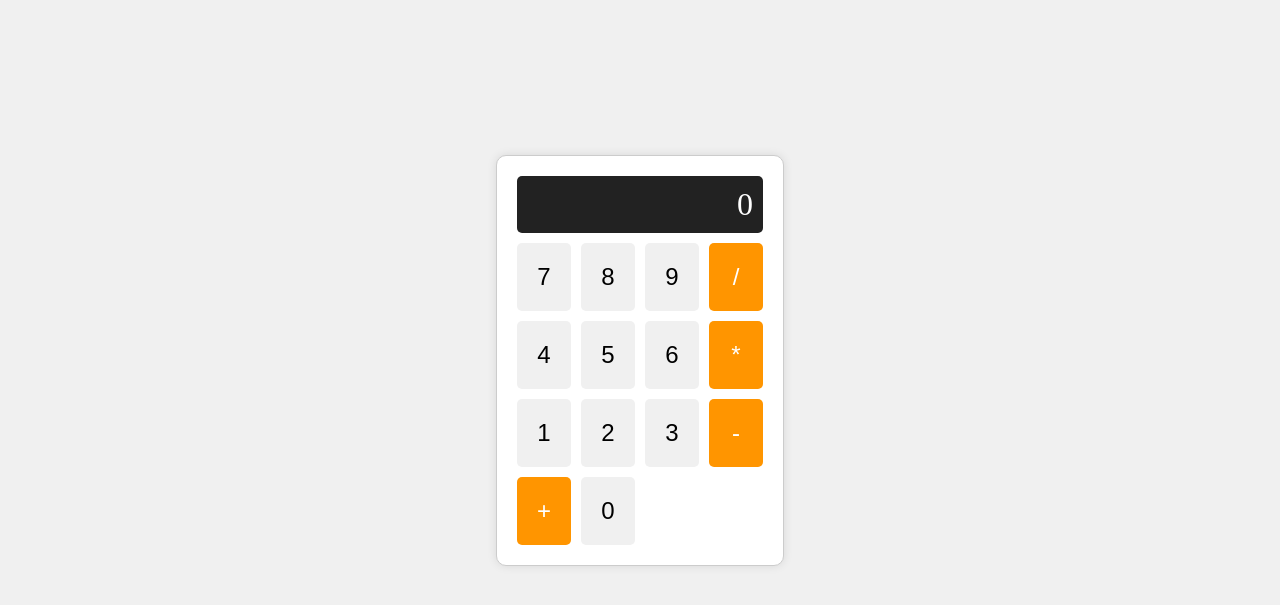
Repository: alizey12/calculator
Page: index.html
These files come from the project's save history. The page is drawn as it stood at one moment and after a run of saves; the edit follows.
The browser window is 1280 px wide. The pictures show the whole page.

Above is the page before, as saved 2024-11-23 18:35:47.

### index.html
<!DOCTYPE html>
<html lang="en">
<head>
    <meta charset="UTF-8">
    <meta name="viewport" content="width=device-width, initial-scale=1.0">
    <title>Document</title>
    <link rel="stylesheet" href="styles.css">
</head>
<body>


        <div class="calculator">
            <div class="display" id="display">0</div>
            <div class="buttons">

                <!--

                <button class="btn" id="clear">C</button>
                <button class="btn operator" id="equals">=</button>

                <button class="btn">.</button> -->
                <button class="btn">7</button>
                <button class="btn">8</button>
                <button class="btn">9</button>
                <button class="btn operator">/</button>
                <button class="btn">4</button>
                <button class="btn">5</button>
                <button class="btn">6</button>
                <button class="btn operator">*</button>
                <button class="btn">1</button>
                <button class="btn">2</button>
                <button class="btn">3</button>
                <button class="btn operator">-</button>
                <button class="btn operator">+</button>
                <button class="btn">0</button>



            </div>
        </div>


    <script src="script.js"></script>
</body>
</html>

### styles.css
body {
    display: flex;
    justify-content: center;
    align-items: center;
    height: 100vh;
    background-color: #f0f0f0;
    margin: 0;
}

.calculator {
    border: 1px solid #ccc;
    border-radius: 10px;

    padding: 20px;
    background-color: #fff;
    box-shadow: 0 0 10px rgba(0, 0, 0, 0.1);
}

.display {
    font-size: 2em;
    margin-bottom: 10px;
    padding: 10px;

    background-color: #222;
    color: #fff;
    text-align: right;
    border-radius: 5px;
}
#display{
    height: 80%;
}
.buttons {
    display: grid;
    grid-template-columns: repeat(4, 1fr);
    gap: 10px;
}

.btn {
    padding: 20px;
    font-size: 1.5em;
    border: none;
    border-radius: 5px;
    background-color: #f0f0f0;
    cursor: pointer;
}

.btn.operator {
    background-color: #ff9500;
    color: #fff;
}

.btn#clear {
    background-color: #ff3b30;
    color: #fff;
}

.btn#equals {
    grid-column: span 2;
    background-color: #34c759;
    color: #fff;
}

Loaded but not shown: script.js (no copy from this time; the picture is the same without it)

After the next 3 saves:
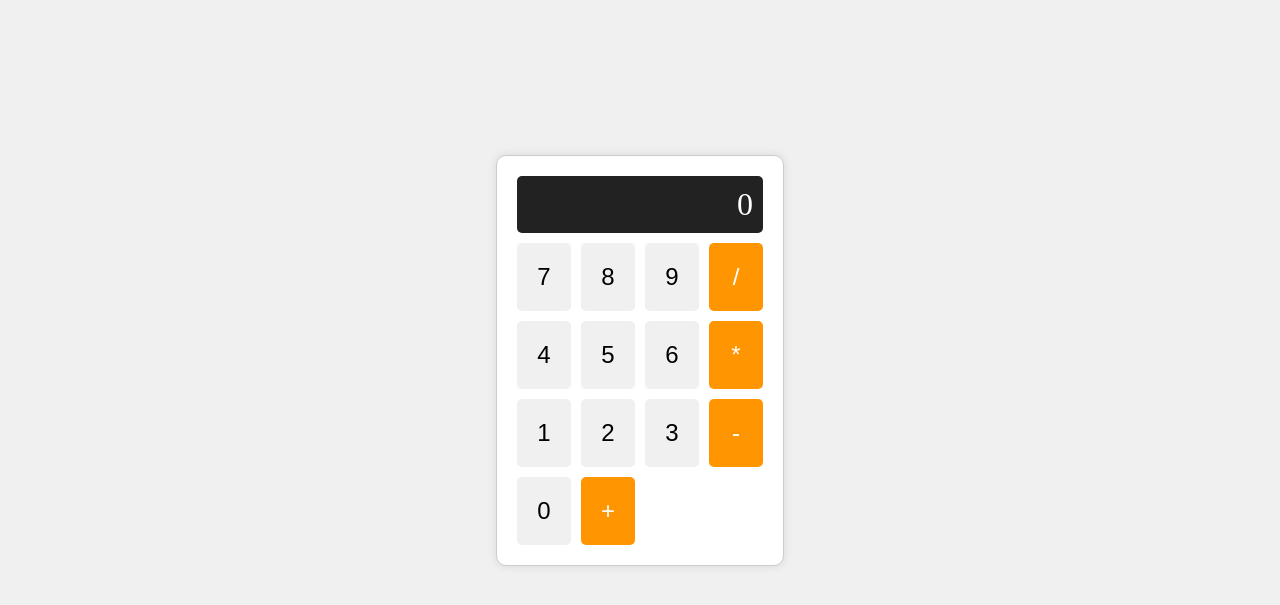
The 3 saves are shown as one change because they came seconds apart.
The last was saved 9 s later.
--- a/index.html
+++ b/index.html
@@ -31,9 +31,9 @@
                 <button class="btn">2</button>
                 <button class="btn">3</button>
                 <button class="btn operator">-</button>
+
+                <button class="btn">0</button>
                 <button class="btn operator">+</button>
-                <button class="btn">0</button>
-
 
 
             </div>
